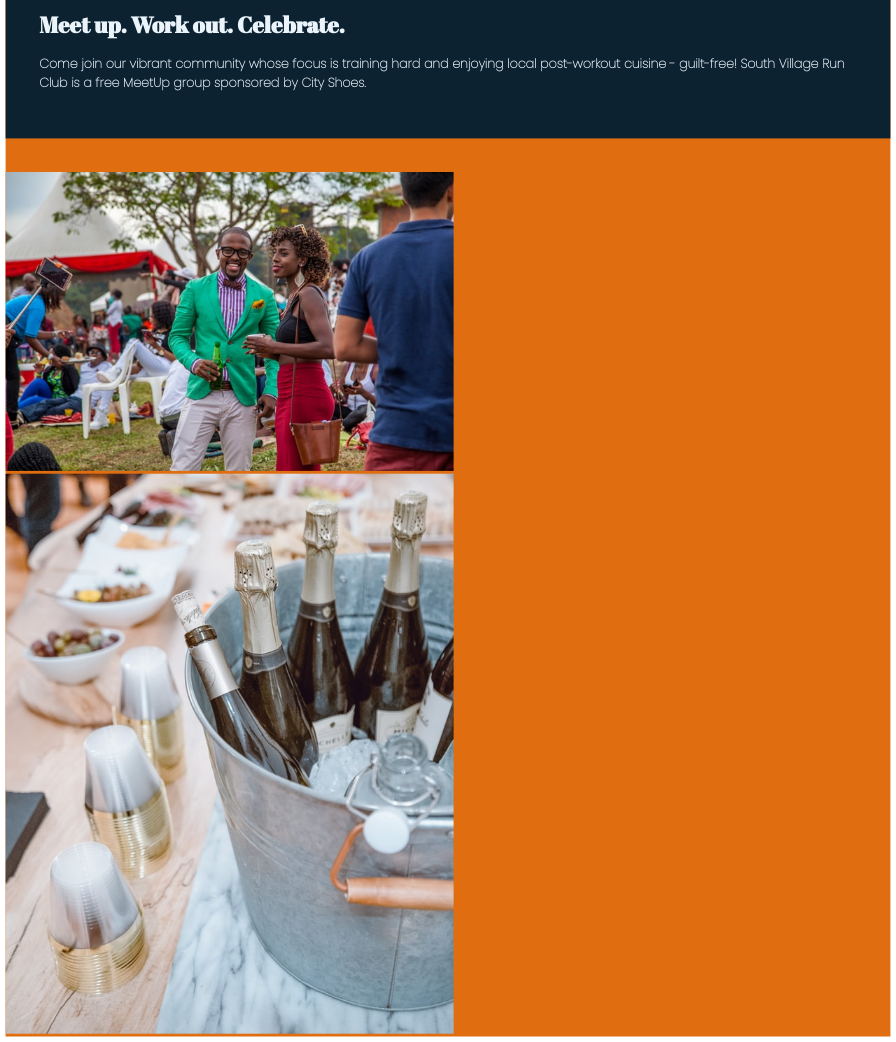
Repository: lastbronx41/lastbronx41.github.io
Page: starting/index.html
The author's editor kept a copy of each file at every save. The page is drawn from the files as they stood at one save, then again after the next save.
The browser window is 1280 px wide. The pictures show the part of the page from y = 1064 to 2984 px (the page is 2553 px tall before and 2984 px after), at 70% of full size.
Some web fonts or font styles are not loaded; a fallback is used.

Above is the page before, as saved 2022-07-19 04:51:01.

### starting/index.html
<!DOCTYPE html>

<html>
   <head>
      <meta charset="utf-8">
      <title>Our Club</title>
      <link rel="stylesheet" href="./styles.css" type="text/css">
      <link rel="preconnect" href="https://fonts.googleapis.com">
      <link rel="preconnect" href="https://fonts.gstatic.com" crossorigin>
      <link href="https://fonts.googleapis.com/css2?family=Abril+Fatface&family=Slabo+13px&family=Space+Mono&display=swap" rel="stylesheet">
      <link rel="preconnect" href="https://fonts.googleapis.com">
      <link rel="preconnect" href="https://fonts.gstatic.com" crossorigin>
      <link href="https://fonts.googleapis.com/css2?family=Abril+Fatface&family=Poppins:wght@100&family=Slabo+13px&family=Space+Mono&display=swap" rel="stylesheet">
   </head>

   <body>

      <div class="header">
         <div id="title">West End Club</div>
         <div>
            <ul class="links">
               <a href>
                  <li class="nav">Events</li>
               </a>
               <a href>
                  <li class="nav">Partners</li>
               </a>
               <a href>
                  <li class="nav">About Us</li>
               </a>
            </ul>
         </div>
      </div>

      <div id="cover-photo">
         <img src="./resources/cover-photo.jpg"/>
         <div class="main-text">
            <h1>Meet up. Work out. Celebrate.</h1>
               <p>Come join our vibrant community whose focus is training hard and enjoying local post-workout cuisine - guilt-free! South Village Run Club is a free MeetUp group sponsored by City Shoes.
               </p>
         </div>
         <div class="other-pics">
            <img src="./resources/1.jpg"/>
            <img src="./resources/2.jpg"/>
            <i
         </div>

      </div>



   </body>
</html>

### starting/styles.css
.header {
   display: flex;
   justify-content: space-around;
   background-color: #E06D10;
   align-items: center;
   padding: 1rem
}

#title {
   font-size: 55px;
   font-family: 'Abril Fatface', cursive;
}

.links, .links a {
   display: inline-flex;
   flex-wrap: wrap;
   justify-content: flex-end;
   list-style-type: none;
   gap: 1rem;
   text-decoration-line: none;
}

.nav {
   font-size: 22px;
   font-family: 'Poppins', sans-serif;
   font-weight: bolder;
   border-radius: 34%;
   padding: 0.4rem 0.8rem;
   color: #EBF4FA;
}

.nav:hover {
   color: #E06D10;
   background-color: black;
}

#cover-photo {
   display: flex;
   flex-direction: column;
   background-color: #E06D10;
}

#cover-photo img {
   max-width: 100%;
}
.main-text {
   background-color: #0C2231;
   color: #EBF4FA;
   margin: 3rem auto;
   padding: 3rem 3rem 3rem 3rem;
}

.main-text h1 {
   font-family: 'Abril Fatface', cursive;
}

.main-text p {
   font-family: 'Poppins', sans-serif;
   font-size: 18px;
   font-weight: bolder;
}

After the next save:
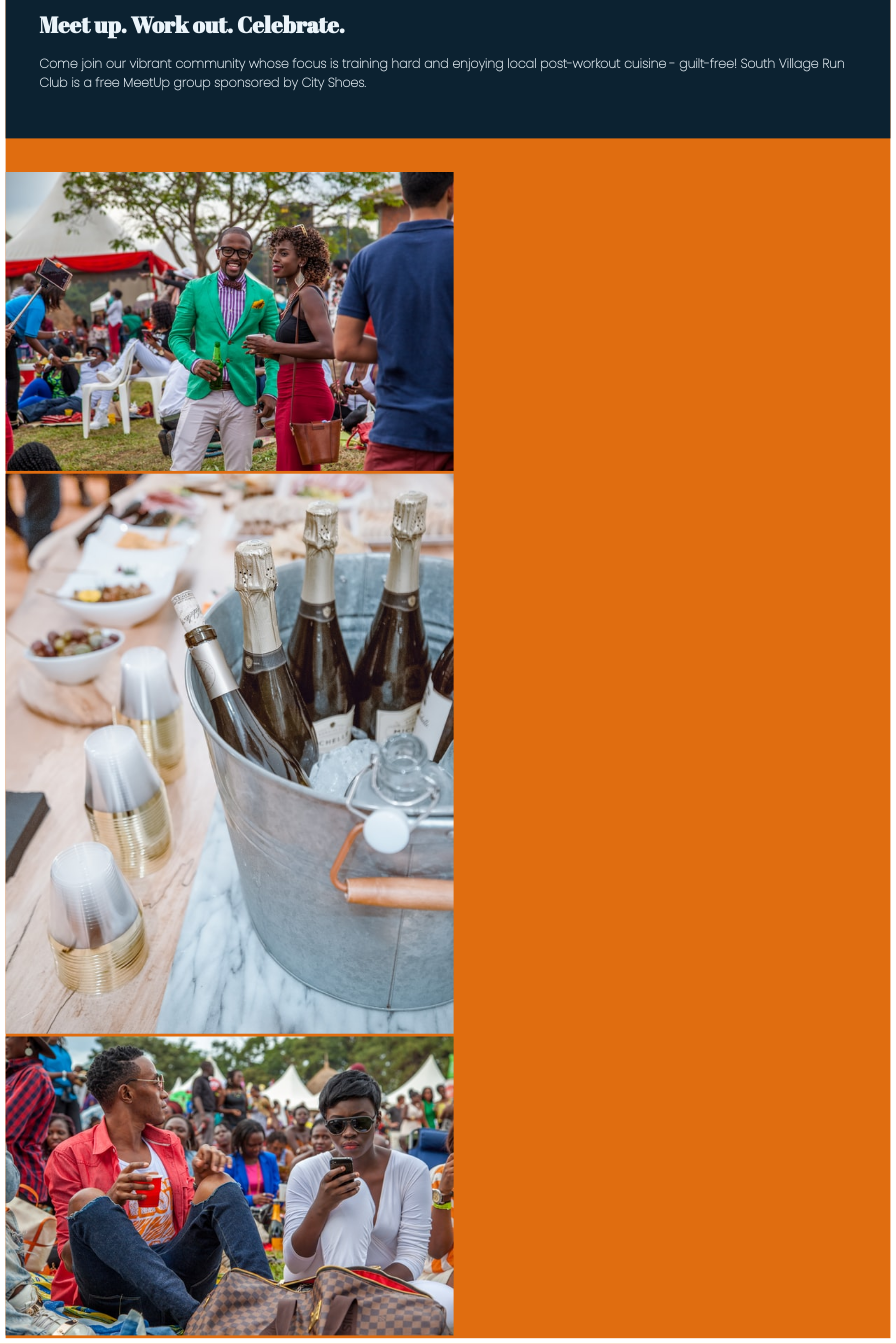
Saved 4 s later.
--- a/starting/index.html
+++ b/starting/index.html
@@ -42,7 +42,7 @@
          <div class="other-pics">
             <img src="./resources/1.jpg"/>
             <img src="./resources/2.jpg"/>
-            <i
+            <img src="./resources/3.jpg"/>
          </div>
 
       </div>
